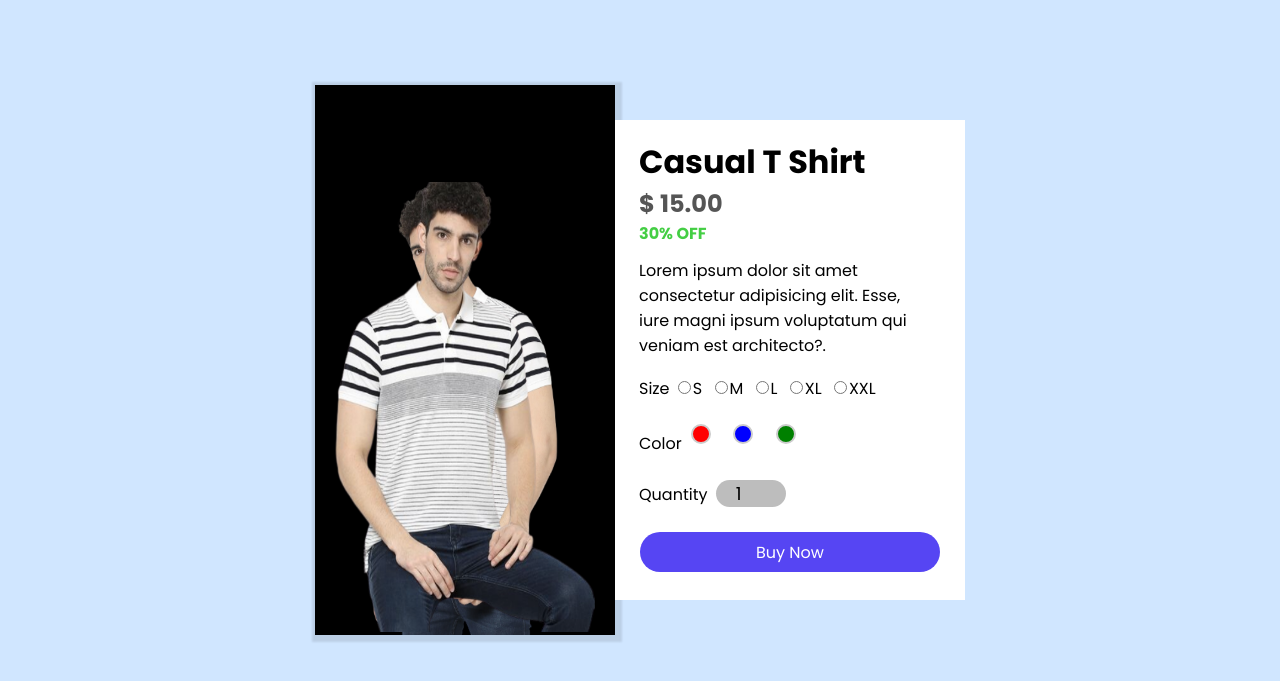
Repository: Ankitkr2021/Product-Page
Page: index.html
These files come from the project's save history. The page is drawn as it stood at one moment and after the next save; the edit follows.
The browser window is 1280 px wide. The pictures show the whole page.

Above is the page before, as saved 2025-10-25 14:54:51.

After the next save:
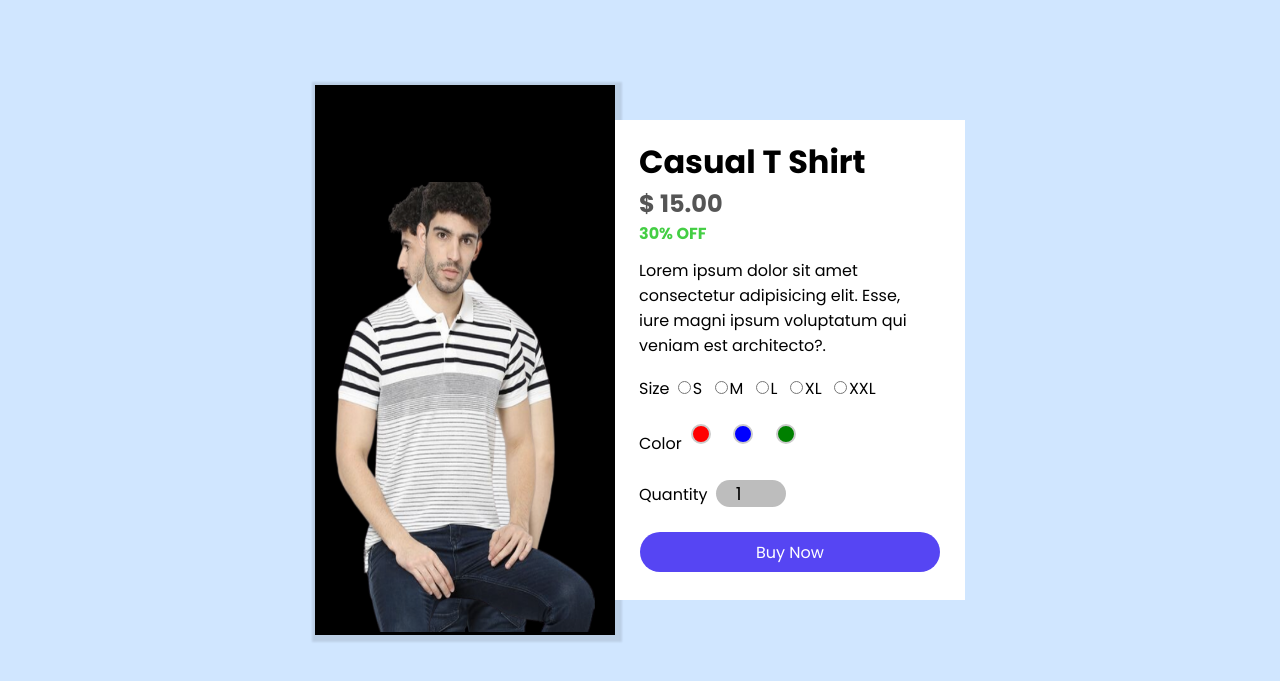
Saved 16 s later.
--- a/style.css
+++ b/style.css
@@ -31,6 +31,7 @@ img {
 
 .image1 {
   z-index: -1;
+  opacity: -1;
 }
 
 .image2 {
@@ -39,7 +40,6 @@ img {
   height: 450px;
   width: 300px;
   /* z-index: -1; */
-  opacity: -1;
 }
 
 .image3 {
